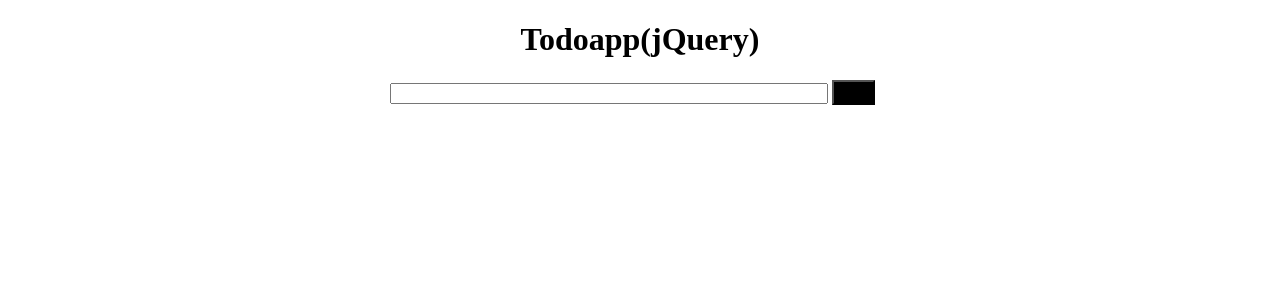
Repository: shinyahayashi1103/Todoapp-jQuery
Page: index.html
The author's editor kept a record of every edit. The page is drawn from the files as they stood at one moment, then again after the next edit.
The browser window is 1280 px wide. The pictures show the whole page.

Above is the page before.

After the next edit:
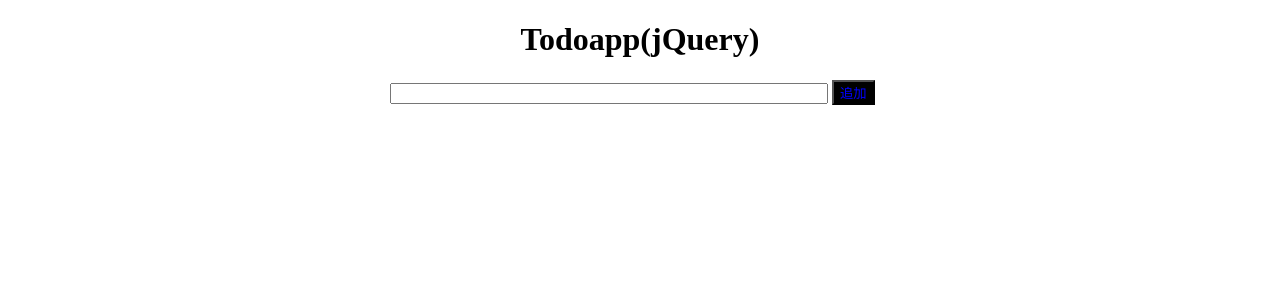
The edit:
--- a/style.css
+++ b/style.css
@@ -12,7 +12,9 @@
     width: 430px;
 }
 
-
+span{
+    color:blue;
+}
 #todo-container{
     padding: 0;
     width: 50%;
